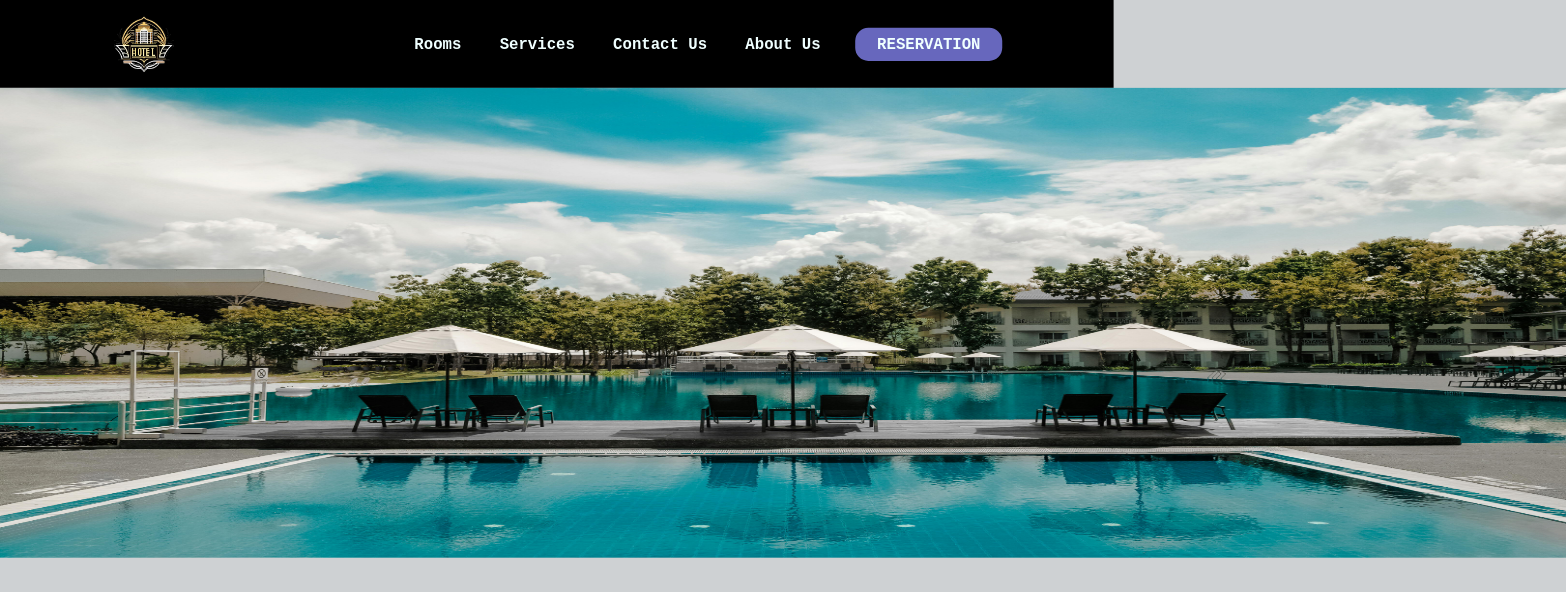
Repository: DhananjayaLakshan/Uom-Web_Design_For_Beginners
Page: Final Assignment/index.html
The author's editor kept a copy of each file at every save. The page is drawn from the files as they stood at one save, then again after the next save.
The browser window is 1280 px wide. The page is 1800 px wide, then 1440 px, then 1800 px, so the pictures cover 1800 px, including what lies to the right of the window. The pictures show the whole page, at 87% of full size.

Above is the page before, as saved 2023-11-29 14:20:55.

### Final Assignment/index.html
<!DOCTYPE html>
<html lang="en">
<head>
    <meta charset="UTF-8">
    <meta name="viewport" content="width=device-width, initial-scale=1.0">
    <title>Ceylon Hotel</title>

    <link rel="stylesheet" href="style.css">
    <script src="script.js"></script>
</head>
<body>

    <header>
        <img class="logo" src="img/logo.png" alt="logo">

        <nav>
            <ul class="navBar">
                <li>
                    <a href="#"> Rooms</a>
                </li>

                <li>
                    <a href="#"> Services</a>
                </li>

                <li>
                    <a href="#"> Contact Us</a>
                </li>

                <li>
                    <a href="#"> About Us</a>
                </li>
            </ul>
        </nav>

        <a class="button" href="#"> <button>RESERVATION</button> </a>
    </header>

    <div class="cover">
        <img class="coverImg" src="img/hotel-cover.jpg" alt="cover">
    </div>

</body>
</html>

### Final Assignment/style.css
*{
    box-sizing: border-box;
    padding: 0;
    margin: 0;
    background-color: rgb(206, 209, 211);
}

li,a, button{
    font-family: 'Courier New', Courier, monospace;
    font-weight: 600;
    font-size: 18px;
    text-decoration: none;
    color: azure;
}

header{
    display: flex;
    justify-content: flex-end;
    align-items: center;
    padding: 13px 10%;
    background-color:black;

}

.logo{
    width: 75px;
    height: 75px;
    cursor: pointer;
    margin-right: auto;
    background-color: black;
}

.navBar{
    list-style: none;
    background-color: black;
}

.navBar li{
    display: inline-block;
    padding: 0px 20px;
    background-color:black;
}

.navBar li a {
    transition: all 0.3s ease 0s;
    background-color:black;
}

.navBar li a:hover{
    color: red;
}

button{
    padding: 9px 25px;
    background-color:rgb(103, 103, 189);
    border: none;
    border-radius: 15px;
    cursor:pointer;
    transition: all 0.3s ease 0s;
    margin-left: 20px;
}

button:hover{
    background-color: rgb(56, 39, 161);
}

.button{
background-color:black;
}


.cover{
    width: 100px;
    max-height: 500px;
}

.coverImg{
    width: 250vh;
    height: 75vh;
}

Loaded but not shown: Final Assignment/script.js (no stored copy; drawn as an empty file)

After the next save:
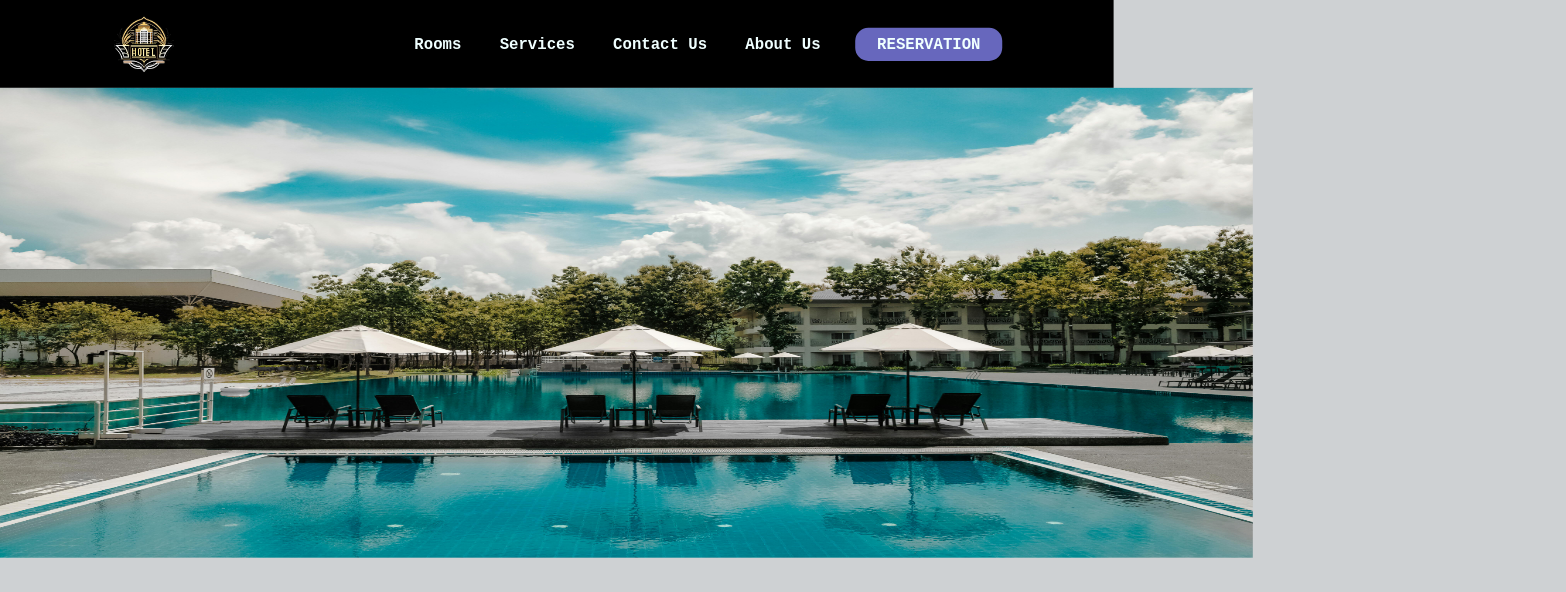
Saved 5 s later.
--- a/Final Assignment/style.css
+++ b/Final Assignment/style.css
@@ -75,6 +75,6 @@ background-color:black;
 }
 
 .coverImg{
-    width: 250vh;
+    width: 200vh;
     height: 75vh;
 }

After the save that followed:
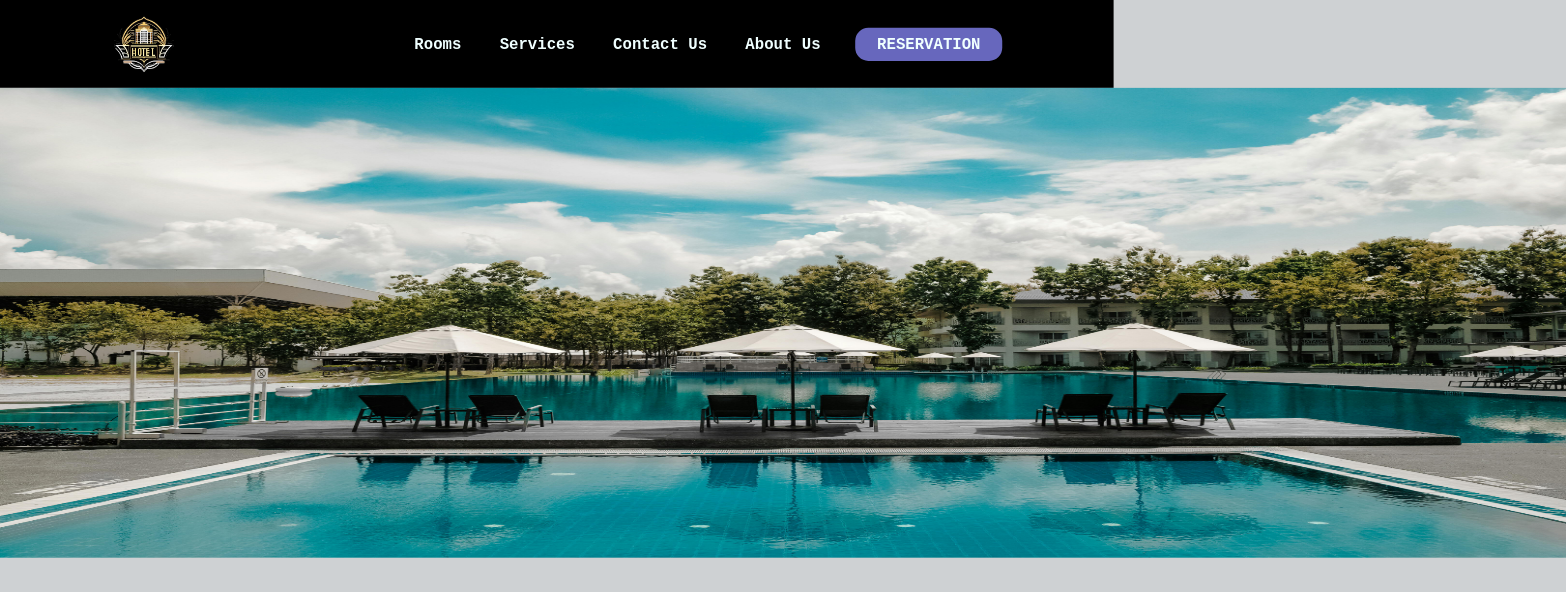
Saved 9 s later.
--- a/Final Assignment/style.css
+++ b/Final Assignment/style.css
@@ -75,6 +75,6 @@ background-color:black;
 }
 
 .coverImg{
-    width: 200vh;
+    width: 250vh;
     height: 75vh;
 }
